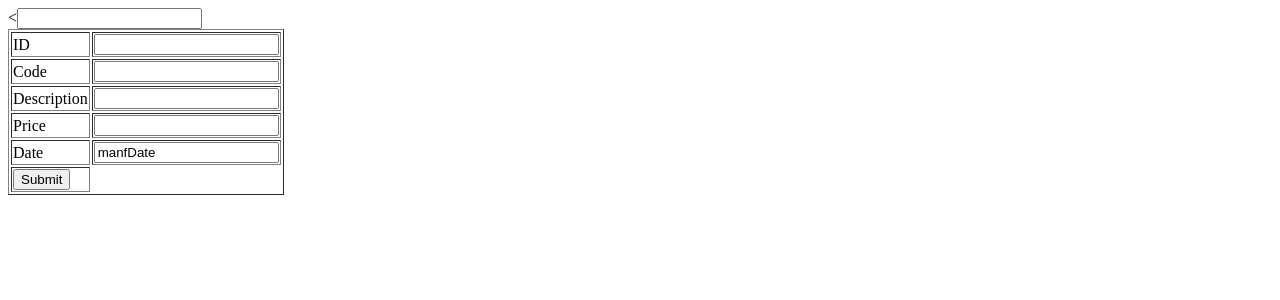
Repository: priyankamergu/MyAllProjects
Page: http://localhost/OnlineShopping/ProductController?action=new
An editor plug-in stored every save of this project. The page is shown before and after a run of saves, followed by the edit.
The browser window is 1280 px wide. The pictures show the whole page.
The page is served by Tomcat 9.

Above is the page before, as saved 2019-11-18 10:36:37.

After the next 2 saves:
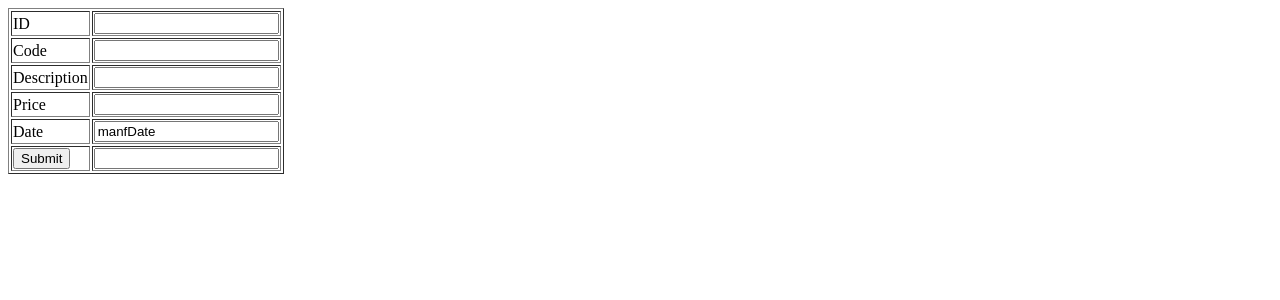
The 2 saves are shown as one change because they came seconds apart.
The last was saved 7 s later.
--- a/Workspace_JEE7_WEB/OnlineShopping/WebContent/ProductEdit.jsp
+++ b/Workspace_JEE7_WEB/OnlineShopping/WebContent/ProductEdit.jsp
@@ -47,7 +47,8 @@
 	</tr>
 
 	<tr><td><input type="submit" ></td>
-	<<input type="rest" ></td></tr>
+	<td><input type="rest" ></td>
+	</tr>
 
 </table>
 </form>
